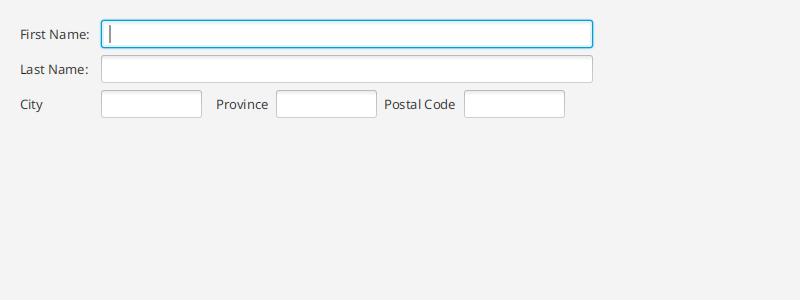
Repository: Mselenko/Java
Program's window: java w_5/JavaFx/src/garbage/CssExample.java
These files come from the project's save history. The program's window is drawn as it stood at one moment and after the next save; the edit follows.
It runs on Java 21 on a 1366 x 768 screen with JavaFX 11; the title bar is not drawn.

Above is the program's window before, as saved 2019-06-22 00:22:58.

After the next save:
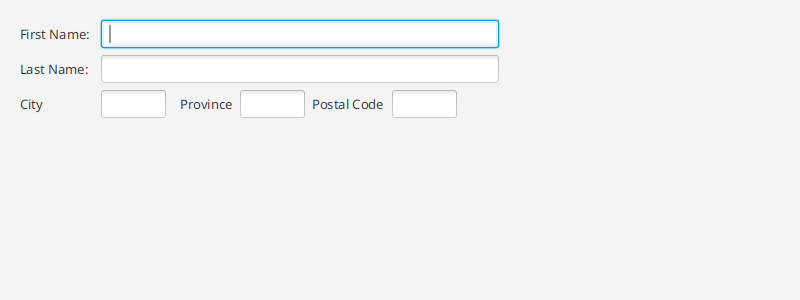
Saved 53 s later.
--- a/w_5/JavaFx/src/garbage/CssExample.java
+++ b/w_5/JavaFx/src/garbage/CssExample.java
@@ -49,14 +49,14 @@
         GridPane.setHalignment(lbFirstName, HPos.LEFT);
         TextField tfFirstName = new TextField();
         //tfFirstName.setPrefColumnCount(40);
-        GridPane.setColumnSpan(tfFirstName, 10);
+        GridPane.setColumnSpan(tfFirstName, 12);
 
         Label lbLastName = new Label("Last Name:");
         //lbLastName.setStyle(LABEL_STYLE);
         GridPane.setHalignment(lbLastName, HPos.LEFT);
         TextField tfLastName = new TextField();
        // tfLastName.setPrefColumnCount(40);
-        GridPane.setColumnSpan(tfLastName, 10);
+        GridPane.setColumnSpan(tfLastName, 12);
 
 //        Label lbCity = new Label("City:");
 //        //lbCity.setStyle(LABEL_STYLE);
@@ -83,20 +83,20 @@
 
         GridPane.setHalignment(lbCity, HPos.LEFT);
         TextField tfCity = new TextField();
-       tfCity.setPrefColumnCount(7);
+       tfCity.setPrefColumnCount(4);
         //GridPane.setColumnSpan(tfCity, 2);
 
 Label lbProvince = new Label("Province");
 
         GridPane.setHalignment(lbProvince, HPos.LEFT);
         TextField tfProvince = new TextField();
-        tfProvince.setPrefColumnCount(7);
+        tfProvince.setPrefColumnCount(4);
 
 Label lbpCode = new Label("Postal Code");
 
         GridPane.setHalignment(lbpCode, HPos.LEFT);
         TextField tfpCode = new TextField();
-        tfpCode.setPrefColumnCount(7);
+        tfpCode.setPrefColumnCount(4);
 
 //        tfStreet.setPrefColumnCount(5);
 //        GridPane.setColumnSpan(tfStreet, 2);
